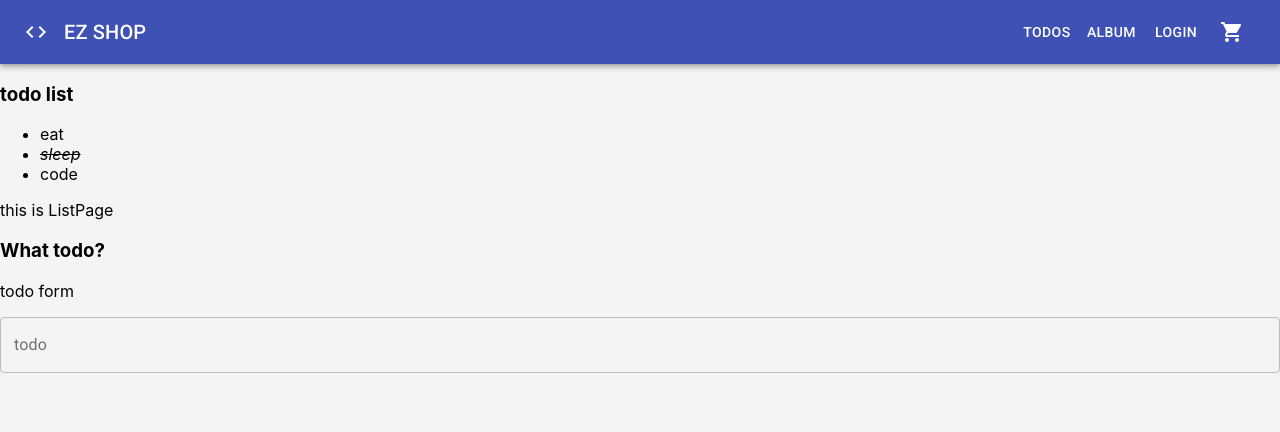
Repository: anhmuoi/learn-reactjs
Page: /todos
These files come from the project's save history. The page is drawn as it stood at one moment and after a run of saves; the edit follows.
The browser window is 1280 px wide. The pictures show the whole page.
The project was rebuilt for these pictures with package versions that can differ from the ones it lists, and the page was loaded fresh each time. Also part of the build but not shown: src/components/form-controls/PasswordField/index.js, src/features/Auth/components/LoginForm/index.jsx, src/features/Auth/components/Login/index.jsx, src/features/Auth/components/RegisterForm/index.jsx, src/features/Auth/components/Register/index.jsx, src/features/album/components/Album/index.jsx, src/features/album/components/AlbumList/style.scss, src/features/album/components/AlbumList/index.jsx and 28 more. Imported but missing from the stored project, and not drawn on this page: src/features/Product/components/ProductAdditional.jsx, src/features/Product/components/ProductReviews.jsx.

Above is the page before, as saved 2021-09-25 20:24:54.

### src/App.js
import categoryApi from "api/categoryApi.js";
import Header from "components/Header/index.jsx";
import AlbumFeature from "features/album/index.jsx";
import CartFeature from "features/Cart/index.jsx";
import ProductFeature from "features/Product/index.jsx";
import React, { useEffect } from "react";
import { Redirect, Route, Switch } from "react-router";
import "./App.css";
import NoteFound from "./components/NotFound";
import CounterFeature from "./features/Counter/index.jsx";
import TodoFeature from "./features/Todo";

function App() {

  // useEffect(() => {
  //   const fetchCategories = async  () => {
  //     const categories = await categoryApi.get(1);


  //   }

  //   fetchCategories();
  // }, [])


  return (
    <div className="App">
    <Header/>
      <Switch>
        <Redirect from="/home" to="/" exact></Redirect>
        <Redirect
          from="/posts-list/:postId"
          to="/posts/:postId"
          exact
        ></Redirect>

        <Route path="/" component={CounterFeature} exact />
        <Route path="/todos" component={TodoFeature}></Route>
        <Route path="/album" component={AlbumFeature}></Route>
        <Route path='/products' component={ProductFeature} />
        <Route path='/cart' component={CartFeature} />
        <Route component={NoteFound}></Route>
      </Switch>
    </div>
  );
}

export default App;

### src/app/store.js
import counterReducer from "../features/Counter/counterSlice.js";
import userReducer from '../features/Auth/userSlice.js'
import cartReducer from '../features/Cart/cartSlice.js'
const { configureStore } = require("@reduxjs/toolkit");

const rootReducer = {
  counter: counterReducer,
  user: userReducer,
  cart: cartReducer,
};

const store = configureStore({
  reducer: rootReducer,
});
export default store;

### src/api/categoryApi.js
const { default: axiosClient } = require("./axiosClient.js");

const categoryApi = {
    getAll(params){
        const url = '/categories';
        return axiosClient.get(url,{ params });
    },
    get(id) {
        const url = `/categories/${id}`;
        return axiosClient.get(url);
    },
    add(data) {
        const url = '/categories';
        return axiosClient.post(url, data);
    },
    update(data) {
        const url = `/categories/${data.id}`;
        return axiosClient.patch(url, data);
    },
    remove(id) {
        const url = `/categories/${id}`;
        return axiosClient.delete(url);
    }
};

export default categoryApi;

### src/components/Header/index.jsx
import { Badge, Box, IconButton } from "@material-ui/core";
import AppBar from "@material-ui/core/AppBar";
import Button from "@material-ui/core/Button";
import Dialog from "@material-ui/core/Dialog";
import DialogContent from "@material-ui/core/DialogContent";
import Menu from "@material-ui/core/Menu";
import MenuItem from "@material-ui/core/MenuItem";
import { makeStyles } from "@material-ui/core/styles";
import Toolbar from "@material-ui/core/Toolbar";
import Typography from "@material-ui/core/Typography";
import {
  AccountCircle, Close, ShoppingCart
} from "@material-ui/icons";
import CodeIcon from "@material-ui/icons/Code";
import Login from "features/Auth/components/Login/index.jsx";
import Register from "features/Auth/components/Register/index.jsx";
import { logout } from "features/Auth/userSlice.js";
import { cartItemCountSelector } from "features/Cart/selectors.js";
import React, { useState } from "react";
import { useDispatch, useSelector } from "react-redux";
import { Link, NavLink, useHistory } from "react-router-dom";

const useStyles = makeStyles((theme) => ({
  root: {
    flexGrow: 1,
  },
  menuButton: {
    marginRight: theme.spacing(2),
  },
  title: {
    flexGrow: 1,
  },
  link: {
    color: "#fff",
    textDecoration: "none",
  },
  closeButton: {
    position: "absolute",
    top: theme.spacing(1),
    right: theme.spacing(1),
    color: theme.palette.grey[500],
    zIndex: "1",
  },
  menu: {
    top: theme.spacing(5),
    "margin-top": theme.spacing(6),
  },
}));

const MODE = {
  LOGIN: "login",
  REGISTER: "register",
};

export default function Header() {
  const classes = useStyles();

  const LoggedIn = useSelector((state) => state.user);

  const cartItemCount = useSelector(cartItemCountSelector);

  const history = useHistory();

  const isLoggedIn = LoggedIn.current.id;

  const [mode, setMode] = useState(MODE.LOGIN);

  const [open, setOpen] = useState(false);

  const [anchorEl, setAnchorEl] = useState(null);

  const dispatch = useDispatch();

  const handleClickOpen = () => {
    setOpen(true);
  };

  const handleClose = () => {
    setOpen(false);
  };

  const handleClickMenu = (event) => {
    setAnchorEl(event.currentTarget);
  };

  const handleCloseMenu = () => {
    setAnchorEl(null);
  };

  const handleLogOut  = () => {
    handleCloseMenu();
    const action = logout();
    dispatch(action);
  }

  const handleCartClick  = () => {
    history.push('/cart')
  }



  return (
    <div className={classes.root}>
      <AppBar position="static">
        <Toolbar>
          <CodeIcon className={classes.menuButton} />

          <Typography variant="h6" className={classes.title}>
            <Link className={classes.link} to="/">
              EZ SHOP
            </Link>
          </Typography>
          <NavLink
            className={classes.link}
            to="/todos"
            activeClassName="active-menu"
          >
            <Button color="inherit">Todos</Button>
          </NavLink>
          <NavLink
            className={classes.link}
            to="/album"
            activeClassName="active-menu"
          >
            <Button color="inherit">Album</Button>
          </NavLink>
          {!!isLoggedIn && (
            <IconButton aria-haspopup="true" onClick={handleClickMenu}>
              <AccountCircle
                className={classes.link}
                color="inherit"
              ></AccountCircle>
            </IconButton>
          )}
          {!!!isLoggedIn && (
            <Button onClick={handleClickOpen} color="inherit">
              Login
            </Button>
          )}
          <IconButton onClick={handleCartClick} aria-label="show 4 new mails" color="inherit">
          <Badge badgeContent={cartItemCount} color="secondary">
            <ShoppingCart></ShoppingCart>
          </Badge>
        </IconButton>
        </Toolbar>
      </AppBar>

      <Menu
        className={classes.menu}
        id="simple-menu"
        anchorEl={anchorEl}
        keepMounted
        open={Boolean(anchorEl)}
        onClose={handleCloseMenu}
      >
        <MenuItem onClick={handleCloseMenu}>Profile</MenuItem>
        <MenuItem onClick={handleCloseMenu}>My account</MenuItem>
        <MenuItem onClick={handleLogOut}>Logout</MenuItem>
      </Menu>

      <Dialog
        disableEscapeKeyDown
        open={open}
        aria-labelledby="alert-dialog-title"
        aria-describedby="alert-dialog-description"
      >
        <IconButton className={classes.closeButton} onClick={handleClose}>
          <Close></Close>
        </IconButton>
        <DialogContent>
          {mode === MODE.REGISTER && (
            <>
              <Register closeDialog={handleClose} />
              <Box textAlign="center">
                <Button color="primary" onClick={() => setMode(MODE.LOGIN)}>
                  Already have an account. Login here
                </Button>
              </Box>
            </>
          )}
          {mode === MODE.LOGIN && (
            <>
              <Login closeDialog={handleClose} />
              <Box textAlign="center">
                <Button color="primary" onClick={() => setMode(MODE.REGISTER)}>
                  Dont have an account. Register here
                </Button>
              </Box>
            </>
          )}
        </DialogContent>
      </Dialog>
    </div>
  );
}

### src/features/Todo/index.jsx
import React, { useState } from 'react';
import { Route, Switch, useRouteMatch } from 'react-router-dom';
import NoteFound from '../../components/NotFound';
import TodoList from './components/TodoList/index.jsx';
import DetailPage from './pages/DetailPage';
import ListPage from './pages/ListPage';

TodoFeature.propTypes = {

};

function TodoFeature(props) {

    const initTodoList = [
        {
            id: 1,
            title: 'eat',
            status: 'new',
        },
        {
            id: 2,
            title: 'sleep',
            status: 'completed',
        },
        {
            id: 3,
            title: 'code',
            status: 'new',
        },
    ]



    const match = useRouteMatch();

    const [todoList, setTodoList] = useState(initTodoList)

    const handleOnclickTodo = (todo) => {
        const newTodoList = [...todoList];
        newTodoList[todo.id - 1] = {
            ...newTodoList[todo.id - 1],
            status: todo.status === 'new' ? 'completed' : 'new',
        }
        setTodoList(newTodoList);
    }

    return (
        <div>
        <h3>todo list</h3>
        <TodoList todoList={todoList} onclickTodo={handleOnclickTodo}/>
        <div>

        </div>

        <Switch>
            <Route path={match.path} component={ListPage} exact></Route>
            <Route path={`${match.path}/:todoId`} component={DetailPage} exact></Route>
            <Route component={NoteFound}></Route>
        </Switch>

        </div>
    );
}

export default TodoFeature;

### src/features/Counter/counterSlice.js
const { createSlice } = require("@reduxjs/toolkit");

const counterSlice = createSlice({
  name: "counter",
  initialState: 0,
  reducers: {
    increase(state, action) {
      return state + 1;
    },
    decrease(state, action) {
      return state - 1;
    },
  },
});

const { actions, reducer } = counterSlice;
export const { increase, decrease } = actions;
export default reducer;

### src/features/Auth/userSlice.js
import { createSlice, createAsyncThunk} from "@reduxjs/toolkit";

import userApi from "api/userApi.js";
import storageKeys from "constants/storage-key.js";

export const register = createAsyncThunk(
    'user/register',
    async (payload) => {
      //call api
      const data = await userApi.register(payload);
      // save data to localStorage
      localStorage.setItem(storageKeys.TOKEN,data.jwt);
      localStorage.setItem(storageKeys.USER, JSON.stringify(data.user));

      return data.user;
    }
  )
  export const login = createAsyncThunk(
    'user/login',
    async (payload) => {
      //call api
      const data = await userApi.login(payload);
      // save data to localStorage
      localStorage.setItem(storageKeys.TOKEN,data.jwt);
      localStorage.setItem(storageKeys.USER, JSON.stringify(data.user));

      return data.user;
    }
  )

const userSlice = createSlice({
  name: "user",
  initialState: {
      current: JSON.parse(localStorage.getItem(storageKeys.USER) ) ||{},
      setting: {}
  },
  reducers: {
    logout(state) {

      localStorage.removeItem(storageKeys.TOKEN);
      localStorage.removeItem(storageKeys.USER);

      state.current = {}
    }

  },
  extraReducers: {
    [register.fulfilled]: (state, action) => {
      state.current = action.payload;
    },
    [login.fulfilled]: (state, action) => {
      state.current = action.payload;
    }
  }
});

const { actions, reducer } = userSlice;
export const {  logout} = actions;
export default reducer;

### src/features/Cart/cartSlice.js
import { createSlice } from "@reduxjs/toolkit";

const initialState = {
  showMiniCart: false,
  cartItems: [],
};

const cartSlice = createSlice({
  name: "cart",
  initialState,
  reducers: {
    showMiniCart(state) {
      state.showMiniCart = true;
    },
    hideMiniCart(state) {
      state.showMiniCart = false;
    },
    addFromCart(state, action) {
      const newItem = action.payload;
      const index = state.cartItems.findIndex((x) => x.id === newItem.id);
      if (index >= 0) {
        state.cartItems[index].quantity += newItem.quantity;
      } else {
        state.cartItems.push(newItem);
      }
    },
    setQuantity(state, action) {
      const { id, quantity } = action.payload;
      const index = state.cartItems.findIndex((x) => x.id === id);
      if (index >= 0) {
        state.cartItems[index].quantity = quantity;
      }
    },
    removeFromCart(state, action) {
      const idNeedRemove = action.payload;
      state.cartItems = state.cartItems.filter((x) => x.id !== idNeedRemove);
    },
  },
});

export const {
  showMiniCart,
  hideMiniCart,
  addFromCart,
  removeFromCart,
  setQuantity,
} = cartSlice.actions;
export default cartSlice.reducer;

### src/api/axiosClient.js
const { default: axios } = require("axios");

const axiosClient = axios.create({
  baseURL: "https://api.ezfrontend.com/",
  headers: {
    "Content-Type": "application/json",
  },
});

// Add a request interceptor
axiosClient.interceptors.request.use(
  function (config) {
    // Do something before request is sent
    return config;
  },
  function (error) {
    // Do something with request error
    return Promise.reject(error);
  }
);

// Add a response interceptor
axiosClient.interceptors.response.use(
  function (response) {
    // Any status code that lie within the range of 2xx cause this function to trigger
    // Do something with response data
    return response.data;
  },
  function (error) {
    // Any status codes that falls outside the range of 2xx cause this function to trigger
    // Do something with response error


    const { config, status, data } = error.response;
    const URLS = ['/auth/local/register', '/auth/local'];
    if (URLS.includes(config.url) && status === 400) {
      const errorList = data.data || [];
      const firstError = errorList.length > 0 ? errorList[0] : {};
      const messageList = firstError.messages || [];
      const firstMessage = messageList.length > 0 ? messageList[0] : {};
      throw new Error(firstMessage.message);

    }

    return Promise.reject(error);
  }
);

export default axiosClient;

### src/features/Cart/selectors.js
import { createSelector } from "@reduxjs/toolkit";

const cartItemSelector = (state) => state.cart.cartItems;

export const cartItemCountSelector = createSelector(cartItemSelector, (cartItems) =>
  cartItems.reduce((count, item) => count + item.quantity, 0)
);

export const cartItemTotalSelector = createSelector(cartItemSelector, (cartItems) =>
  cartItems.reduce((total, item) => total + item.product.salePrice * item.quantity, 0)
);

### src/features/Todo/components/TodoList/index.jsx
import React from "react";
import PropTypes from "prop-types";
import classnames from "classnames";
import "./style.scss";

TodoList.propTypes = {
  todoList: PropTypes.array,
  onclickTodo: PropTypes.func,
};

TodoList.defaultProps = {
  todoList: [],
};

function TodoList(props) {
  const { todoList, onclickTodo } = props;

  const handleClick = (todo) => {
    onclickTodo(todo);
  };

  return (
    <ul className="todoList">
      {todoList.map((todo) => (
        <li
          key={todo.id}
          onClick={() => handleClick(todo)}
          className={classnames({
            completed: todo.status === "completed",
          })}
        >
          {todo.title}
        </li>
      ))}
    </ul>
  );
}

export default TodoList;

### src/features/Todo/pages/ListPage/index.jsx
import React from "react";
import TodoForm from "../../components/TodoForm";

ListPage.propTypes = {};

function ListPage(props) {
  const handleTodoFormSubmit = (values) => {
    console.log("form submit", values);
  };
  return (
    <div>
      this is ListPage
      <h3>What todo?</h3>
      <TodoForm onSubmit={handleTodoFormSubmit} />
    </div>
  );
}

export default ListPage;

### src/api/userApi.js
import axiosClient from "./axiosClient.js";


const userApi = {

    register(data) {
        const url = '/auth/local/register';
        return axiosClient.post(url, data);
    },
    login(data) {
        const url = '/auth/local';
        return axiosClient.post(url, data);
    },
};

export default userApi;

### src/constants/storage-key.js
const storageKeys = {
    USER: 'user',
    TOKEN: 'access_token',
};

export default storageKeys;

### src/features/Todo/components/TodoList/style.scss
.todoList {
    & > li {
        cursor: pointer;

    }
    & > li.completed {
        font-style: italic;
        text-decoration: line-through;

    }
}

### src/features/Todo/components/TodoForm/index.jsx
import { yupResolver } from '@hookform/resolvers/yup';
import InputField from "components/form-controls/InputField/index.jsx";
import PropTypes from "prop-types";
import React from "react";
import { useForm } from "react-hook-form";
import * as yup from "yup";




TodoForm.propTypes = {
  onSubmit: PropTypes.func,
};

function TodoForm(props) {
  const {onSubmit} = props;

  const schema = yup.object().shape({
      title: yup.string().required("Please enter title"),
  });
  const form = useForm({
    defaultValues: {
      title: "",
    },
    resolver: yupResolver(schema)
  });

  const handleSubmit = (values) => {
    onSubmit(values);
  };

  return (
    <form onSubmit={form.handleSubmit(handleSubmit)}>
      todo form
      <InputField form={form} name="title" label="todo" />
    </form>
  );
}

export default TodoForm;

### src/components/form-controls/InputField/index.jsx
import { TextField } from "@material-ui/core";
import PropTypes from "prop-types";
import React from "react";
import { Controller } from "react-hook-form";

InputField.propTypes = {
  form: PropTypes.object.isRequired,
  name: PropTypes.string.isRequired,

  label: PropTypes.string,
  disabled: PropTypes.bool,
};

function InputField(props) {
  const { form, name, label, disabled} = props;
  const { formState } = form;

  const hasError = !!(formState.errors[name]);


  return (
    <Controller
      name={name}
      control={form.control}
      disabled={disabled}
      render={({ field }) => (

        <TextField
          {...field}


          fullWidth

          label={label}
          margin='normal'
          variant="outlined"
          error={hasError}
          helperText={formState.errors[name]?.message}

        />

      )}
    />
  );
}

export default InputField;

Loaded but not shown: public/index.html (common file); src/index.js (common file); src/index.css (common file); src/reportWebVitals.js (common file); src/App.css (common file)

After the next 2 saves:
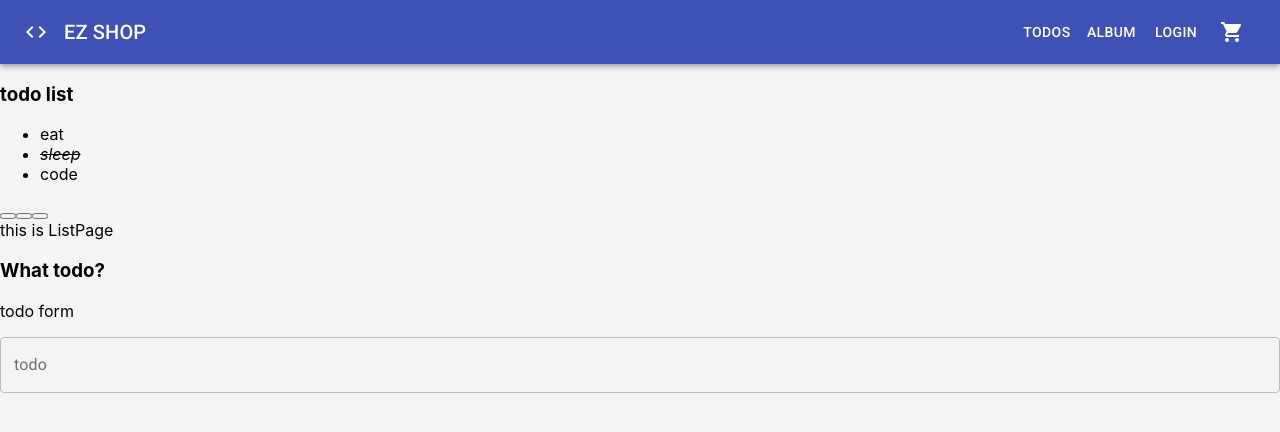
The 2 saves are shown as one change because they came seconds apart.
The last was saved 9 s later.
--- a/src/features/Todo/index.jsx
+++ b/src/features/Todo/index.jsx
@@ -49,7 +49,9 @@ function TodoFeature(props) {
         <h3>todo list</h3>
         <TodoList todoList={todoList} onclickTodo={handleOnclickTodo}/>
         <div>
-
+            <button></button>
+            <button></button>
+            <button></button>
         </div>
 
         <Switch>
